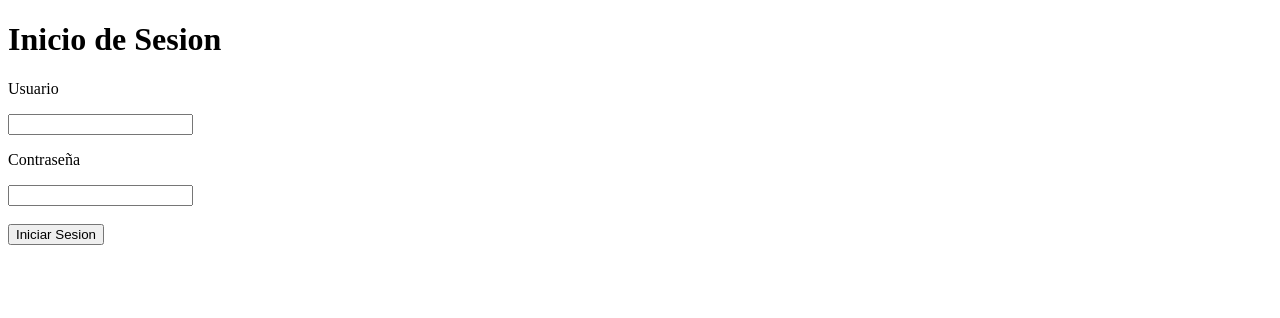
Repository: NighelG/Proyecto-de-verificacion-de-asistencia
Page: ProyectoAsistencia/public/pages/index.html
An editor plug-in stored every save of this project. The page is shown before and after the next save, followed by the edit.
The browser window is 1280 px wide. The pictures show the whole page.

Above is the page before, as saved 2025-08-26 15:34:43.

After the next save:
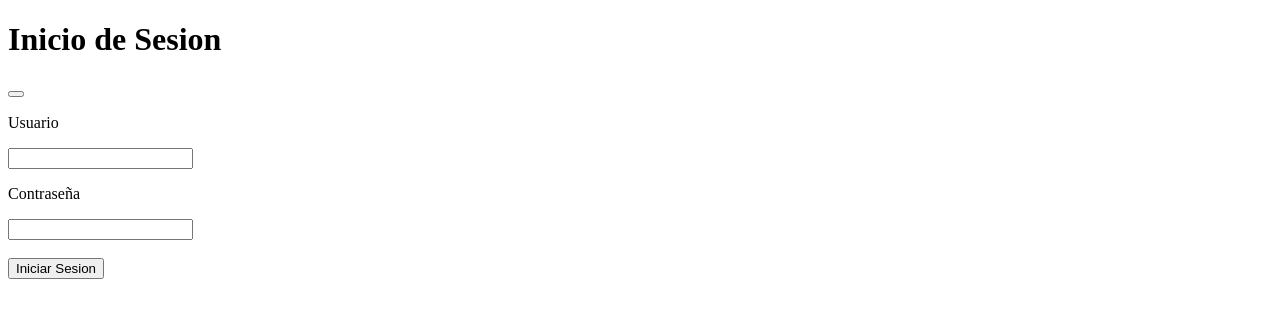
Saved 5 s later.
--- a/ProyectoAsistencia/public/pages/index.html
+++ b/ProyectoAsistencia/public/pages/index.html
@@ -9,7 +9,7 @@
 <body>
     <h1>Inicio de Sesion</h1>
     <a href="registro.html">
-
+        <Button></Button>
     </a>
     <div class="login">
         <p>Usuario</p>
